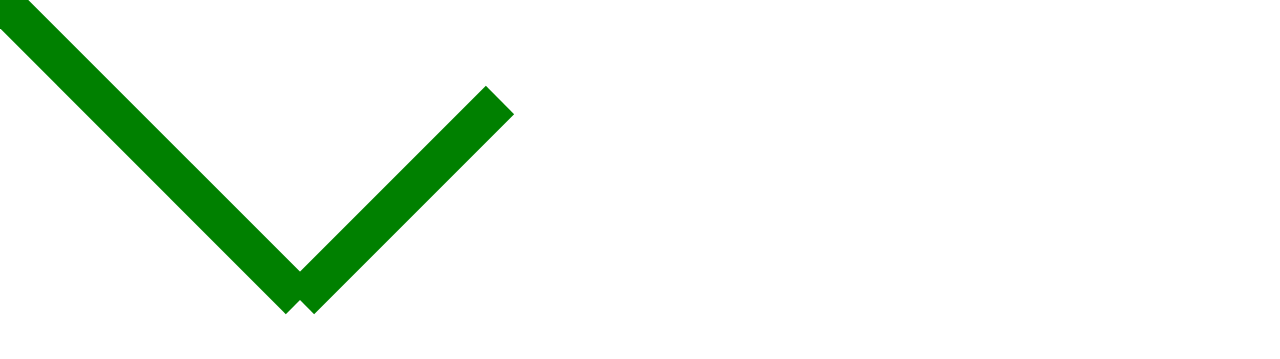
Repository: Lixianlai-2/Canvas-demo
Page: index.html
An editor plug-in stored every save of this project. The page is shown before and after the next save, followed by the edit.
The browser window is 1280 px wide. The pictures show the whole page.

Above is the page before, as saved 2021-12-19 23:05:17.

### index.html
<!DOCTYPE html>
<html lang="en">
  <head>
    <meta charset="UTF-8" />
    <meta http-equiv="X-UA-Compatible" content="IE=edge" />
    <meta name="viewport" content="width=device-width, initial-scale=1.0" />
    <link rel="stylesheet" href="/style.css" />
    <script defer src="/main.js"></script>
    <title>Document</title>
  </head>
  <body>
    <canvas id="canvass" height="100" width="100"></canvas>
  </body>
</html>

### style.css
* {
  margin: 0;
  padding: 0;
  box-sizing: border-box;
}

#canvass {
  display: block;
}

### main.js
const canvas = document.querySelector("#canvass");
console.log(canvas);
canvas.height = document.documentElement.clientHeight;
canvas.width = document.documentElement.clientWidth;
console.log(screen);

let ctx = canvas.getContext("2d");

// 让填充色和边框色都变成同一个
ctx.strokeStyle = "green";
ctx.fillStyle = "green";

const drawLine = function (x1, y1, x2, y2) {
  ctx.beginPath();
  ctx.moveTo(x1, y1);
  ctx.lineTo(x2, y2);
  // ctx.lineCap = "round";
  ctx.lineWidth = 40;
  ctx.stroke();
};

drawLine(0, 0, 300, 300);
drawLine(300, 300, 500, 100);

// // ----------------------------------------------------
// // 非手机端

// let painting = false;

let lastMoveOrTouch;

// 设置判断条件，当鼠标按下时

canvas.onmousedown = (e) => {
  painting = true;
  lastMoveOrTouch = [e.clientX, e.clientY];
};

// 当鼠标松开时
canvas.onmouseup = () => {
  painting = false;
};

canvas.onmousemove = (e) => {
  if (painting === true) {
    drawLine(lastMoveOrTouch[0], lastMoveOrTouch[1], e.clientX, e.clientY);
    lastMoveOrTouch = [e.clientX, e.clientY];
  }
};

// // --------------------------------------------
// 手机端

//
canvas.ontouchstart = (e) => {
  console.log(e);
  lastMoveOrTouch = [e.touches[0].clientX, e.touches[0].clientY];
};

// 检测是否为手机端的函数，要判断的话需要执行它
function is_touch_enabled() {
  return (
    "ontouchstart" in window ||
    navigator.maxTouchPoints > 0 ||
    navigator.msMaxTouchPoints > 0
  );
}

// 注意这里要用is_touch_enabled()，要执行这个函数
if (is_touch_enabled() === true) {
  canvas.ontouchmove = (e) => {
    drawLine(
      lastMoveOrTouch[0],
      lastMoveOrTouch[1],
      e.touches[0].clientX,
      e.touches[0].clientY
    );
    lastMoveOrTouch = [e.touches[0].clientX, e.touches[0].clientY];
  };
}

After the next save:
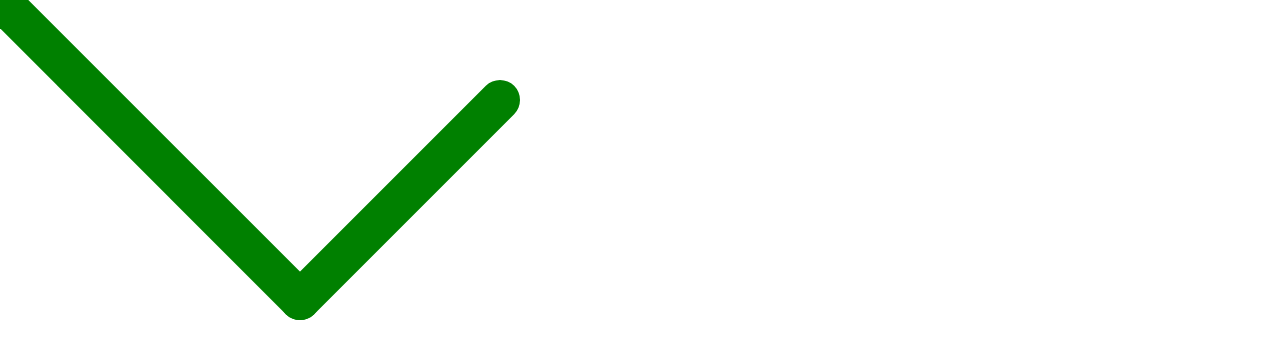
Saved 5 min 12 s later.
--- a/main.js
+++ b/main.js
@@ -14,7 +14,7 @@ const drawLine = function (x1, y1, x2, y2) {
   ctx.beginPath();
   ctx.moveTo(x1, y1);
   ctx.lineTo(x2, y2);
-  // ctx.lineCap = "round";
+  ctx.lineCap = "round";
   ctx.lineWidth = 40;
   ctx.stroke();
 };
